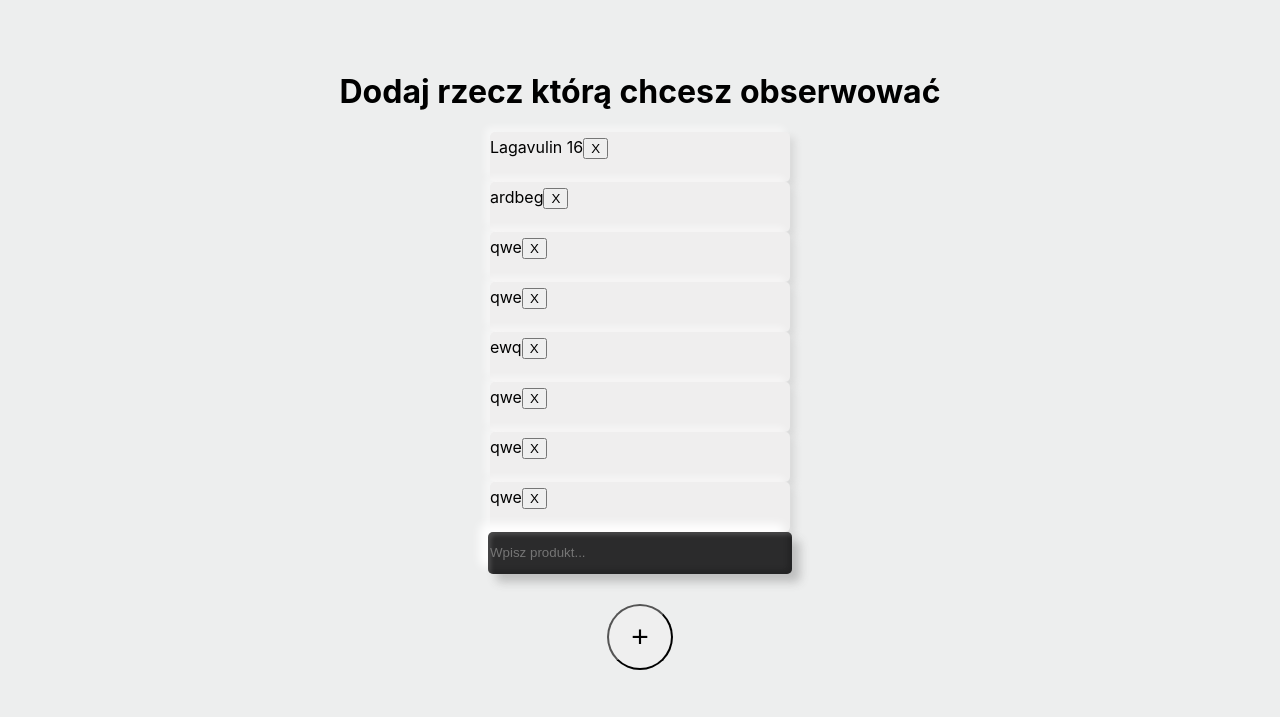
Repository: matedoo/crawler
Page: /MainApp
The author's editor kept a copy of each file at every save. The page is drawn from the files as they stood at one save, then again after a run of saves.
The browser window is 1280 px wide. The pictures show the whole page.
The project was rebuilt for these pictures with package versions that can differ from the ones it lists, and the page was loaded fresh each time. Requests to the local data server were answered from the project's data file. Also part of the build but not shown: src/Components/button.js, src/Components/LoginComponents/LoginApp.js, src/Components/LoginComponents/RegisterApp.js, src/Components/btnContainer.js, src/Components/heading.js, src/Components/LoginComponents/StartApp.js.

Above is the page before, as saved 2020-05-01 18:19:21.

After the next 2 saves:
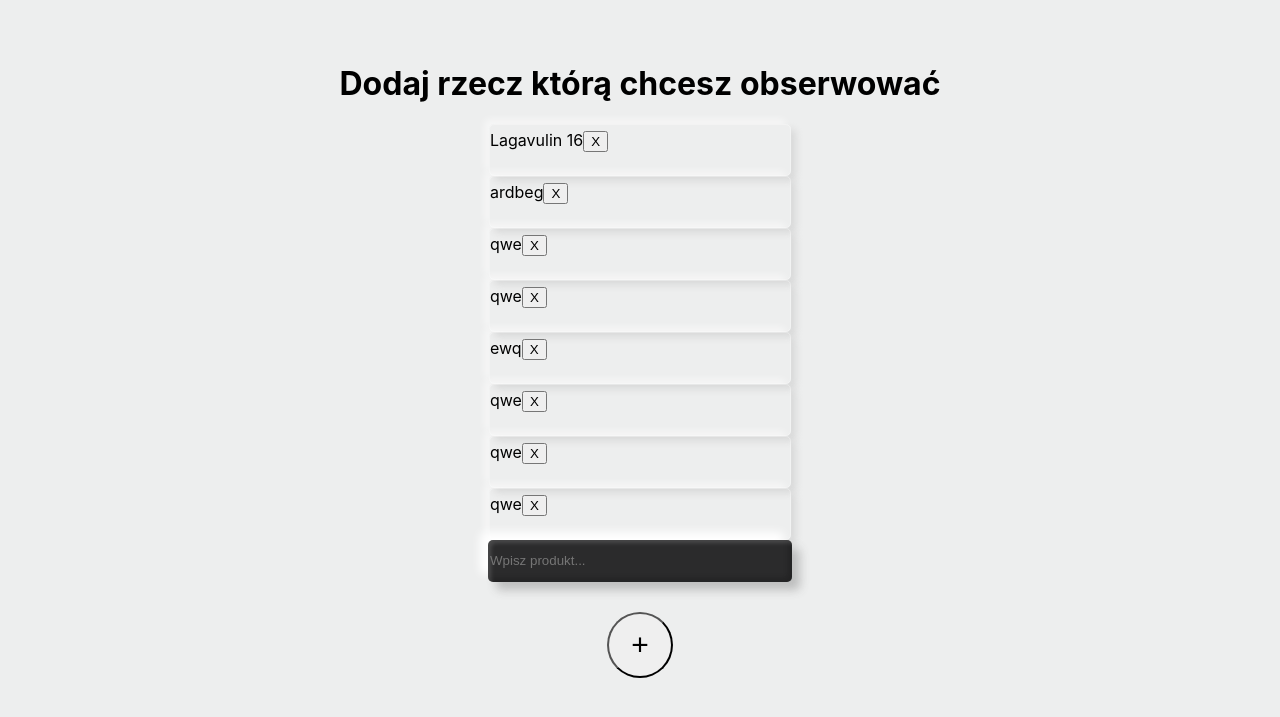
The 2 saves are shown as one change because they came seconds apart.
The last was saved 7 s later.
--- a/src/Components/MainApp/MainAppElement.js
+++ b/src/Components/MainApp/MainAppElement.js
@@ -21,6 +21,6 @@ const ElementStyled = styled.div`
   padding-bottom: 5px;
   border-radius: 5px;
   box-shadow: -5px -5px 7px 0 rgba(255, 255, 255, 0.5), 5px 5px 7px 0 rgba(194, 193, 192, 0.45);
-  /* border: solid 1px rgba(255, 255, 255, 0.3); */
-  background-color: #efeeee;
+  border: solid 1px rgba(255, 255, 255, 0.3);
+  /* background-color: #efeeee; */
 `
